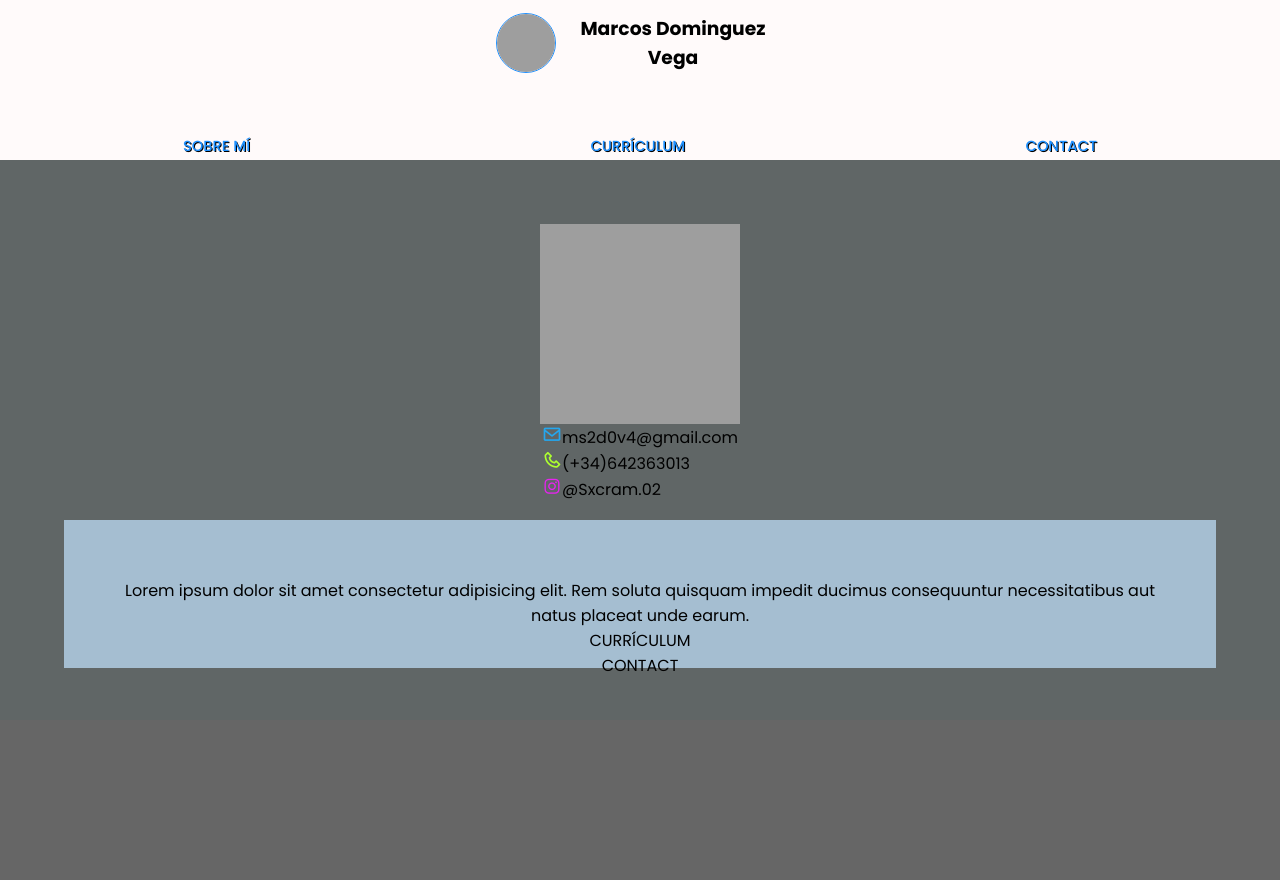
Repository: Sxcram02/Portfoliov.2
Page: index.html
The author's editor kept a copy of each file at every save. The page is drawn from the files as they stood at one save, then again after a run of saves.
The browser window is 1280 px wide. The pictures show the whole page.
Pictures or frames that could not be fetched are drawn as grey boxes.

Above is the page before, as saved 2023-04-11 00:28:32.

### index.html
<!DOCTYPE html>
<html lang="en">
<head>
    <meta charset="UTF-8">
    <meta http-equiv="X-UA-Compatible" content="IE=edge">
    <meta name="viewport" content="width=device-width, initial-scale=1.0">
    <link rel="stylesheet" href="css/style.css" />
    <link rel="shortcut icon" href="https://picsum.photo/160" type="image/x-icon" />
    <link rel="stylesheet" href="https://unpkg.com/boxicons@latest/css/boxicons.min.css" />
    <title>miPortFolio</title>
</head>
<body>
    <div class="root">
        <header>
            <div class="box-porfile">
                <img src="https://picsum.photos/200" alt="porfile" />
                <h3 class="name">Marcos Dominguez Vega</h3>
            </div>
            <nav>
                <ul class="nav-bar">
                    <li><a href="">SOBRE MÍ</a></li>
                    <li><a href="">CURRÍCULUM</a></li>
                    <li><a href="">CONTACT</a></li>
                </ul>
            </nav>
        </header>
        <main>
            <section class="sobreMi">
                <article class="box-image">
                    <img src="https://picsum.photos/200" alt="porfile" />
                    <ul class="redes">
                        <li><i class='bx bx-envelope' style='color:#24a7ef;font-size: 20px;' ></i>ms2d0v4@gmail.com</li>
                        <li><i class='bx bx-phone' style="color:greenyellow; font-size: 20px;"></i>(+34)642363013</li>
                        <li><i class='bx bxl-instagram' style='color:#e624ef;font-size: 20px;'  ></i>@Sxcram.02</li>
                    </ul>
                </article>
                <article class="info">
                    <p>Lorem ipsum dolor sit amet consectetur adipisicing elit. Rem soluta quisquam impedit ducimus consequuntur necessitatibus aut natus placeat unde earum.</p>
                    <ul class="nav-bar2">
                        <li>CURRÍCULUM</li>
                        <li>CONTACT</li>
                    </ul>
                </article>
            </section>
        </main>
    </div>
</body>
</html>

### css/style.css
@import url('https://fonts.googleapis.com/css2?family=Poppins:ital,wght@0,400;0,500;0,600;0,700;0,800;0,900;1,400&display=swap');

* {
    margin: 0;
    padding: 0;
    box-sizing: border-box;
    font-family: 'Poppins',sans-serif;
    list-style: none;
    text-decoration: none;
}

.root {
    width: 100vw;
    height: 100vh;
    background-color: azure;
}

header {
    width: 100%;
    height: 10em;
    padding: 1%;
    background-color: snow;
    display: flex;
    flex-direction: column;
    align-items: center;
}

.box-porfile {
    display: flex;
    align-items: center;
    text-align: center;
}

.box-porfile > img {
    width: 60px;
    height: 60px;
    border-radius: 100%;
    margin-left: 2%;
    border: 1px solid dodgerblue;
}

.box-porfile > img:hover {
    border: 1px solid orange;
    transition: all 0.3s;
}

nav {
    width: 100%;
    margin-top: 5%;
}

.nav-bar {
    display: flex;
    align-items: center;
    justify-content: space-around;
    font-weight: 500;
    text-shadow: 1px 1px black;
    font-size: 11pt;
}

.nav-bar li > a {
    border-radius: 10px;
    padding: 10px;
    cursor: pointer;
    color: dodgerblue;
}

.nav-bar li:hover > a {
    background-color: rgba(128, 128, 128, 0.604);
    color:orange;
    transition: all 0.3s;
}

main {
    width: 100vw;
    height: 100vh;
}

.sobreMi {
    height: 100vh;
    padding: 5%;
    background-color: rgba(0, 0, 0, 0.599);
    display: grid;
    grid-template-columns: 1,1fr;
    grid-template-rows: repeat(2,1fr);
}

.box-image {
    height: 50%;
    grid-column: 1/2;
    grid-row: 1/2;
    display: flex;
    flex-direction: column;
    align-items: center;
    font-size: 12pt;
}

.info {
    height: 50%;
    grid-column: 1/2;
    grid-row: 2/3;
    text-align: center;
    padding: 5%;
    background-color: rgba(195, 227, 254, 0.704);
}

After the next 3 saves:
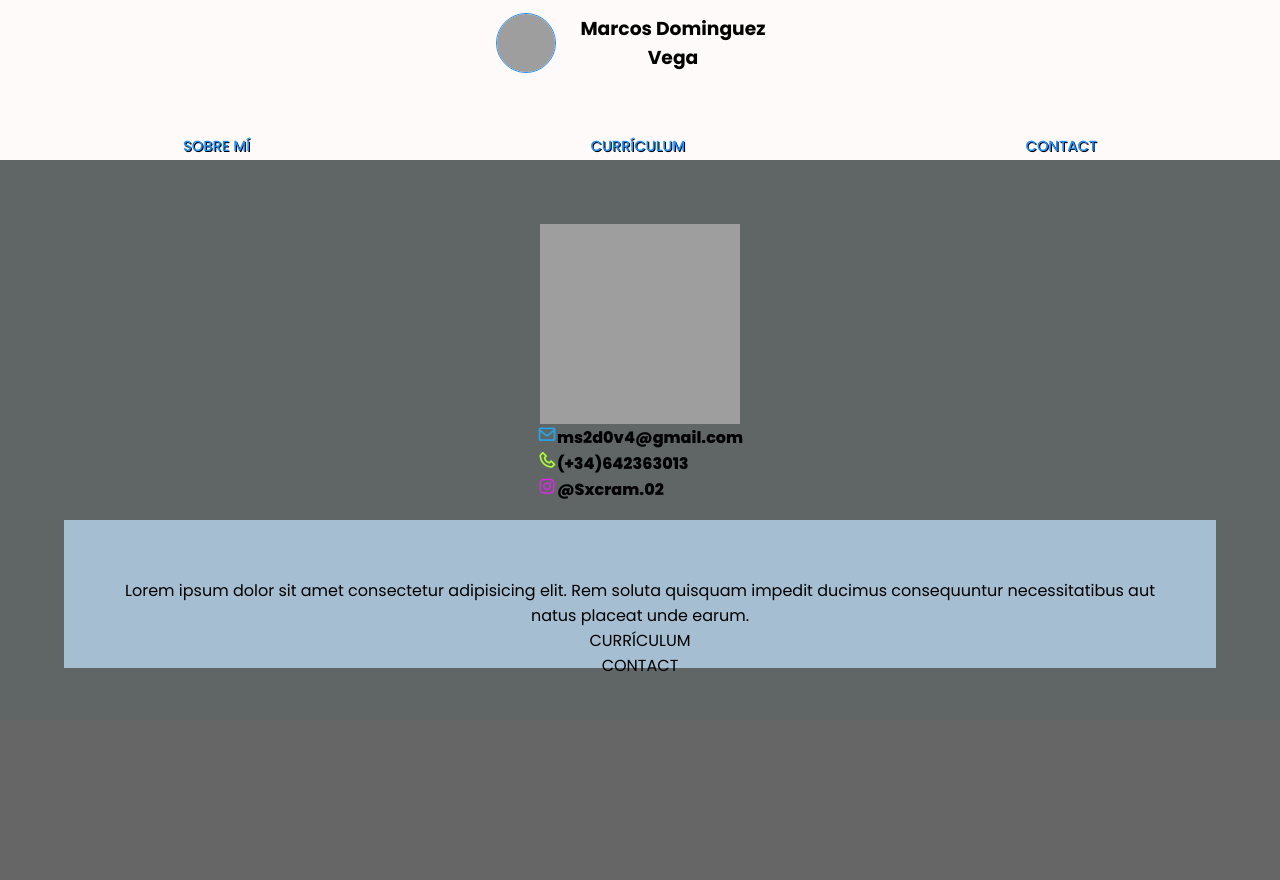
The 3 saves are shown as one change because they came seconds apart.
The last was saved 33 s later.
--- a/css/style.css
+++ b/css/style.css
@@ -93,6 +93,7 @@ main {
     flex-direction: column;
     align-items: center;
     font-size: 12pt;
+    font-weight: 800;
 }
 
 .info {
